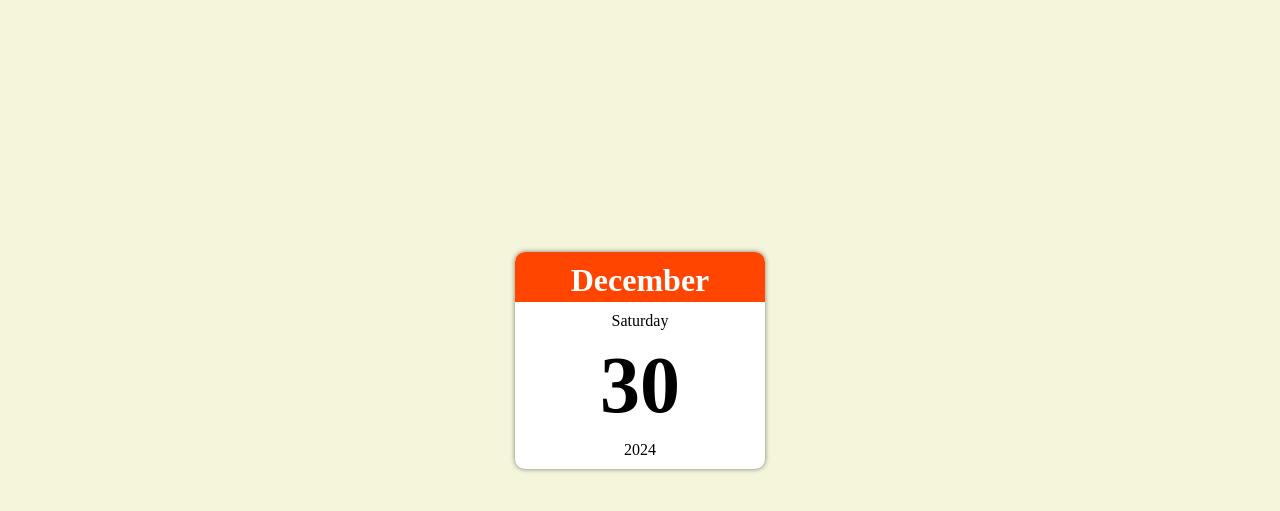
Repository: JunaidAnsari202/Mini-Calender
Page: index.html
These files come from the project's save history. The page is drawn as it stood at one moment and after a run of saves; the edit follows.
The browser window is 1280 px wide. The pictures show the whole page.

Above is the page before, as saved 2024-11-10 12:00:35.

### index.html
<!DOCTYPE html>
<html lang="en">
<head>
    <meta charset="UTF-8">
    <meta name="viewport" content="width=device-width, initial-scale=1.0">
    <title>Mini Calender</title>
    <link rel="stylesheet" href="style.css">
</head>
<body>
   <div class="container">
    <div class="month">December</div>
    <div class="weekday">Saturday</div>
    <div class="day">30</div>
    <div class="year">2024</div>

</div>

    <script src="script.js"></script>
</body>
</html>

### style.css
*{
    margin: 0;
    padding: 0;
    box-sizing: border-box;
}

body{
    background-color: beige;
    display: flex;
    justify-content: center;
    align-items: center;
    height: 100vh;
}

.container{
    width: 250px;
    background-color: white;
    border-radius: 10px;
    box-shadow: 0 0 5px 0 rgba(0,0,0,0.5);
    text-align: center;
    border: none;
}

.month{
    background-color: orangered;
    height: 50px;
    font-size: 2rem;
    font-weight: bold;
    color: white;
    padding: 10px;
    margin-bottom: 10px;
    border-radius: 10px 10px 0 0;

}

.weekday{
    margin-bottom: 10px;
}

.day{
    font-size: 5rem;
    font-weight: bold;
    margin-bottom: 10px;

}
.year{
    margin-bottom: 10px;
}

### script.js
const month=document.querySelector('.month');
const weekday=document.querySelector('.weekday');
const day=document.querySelector('.day');
const year=document.querySelector('.year');

window.addEventListener("DOMContentLoaded",()=>{
    const date= new Date();

})

After the next 14 saves:
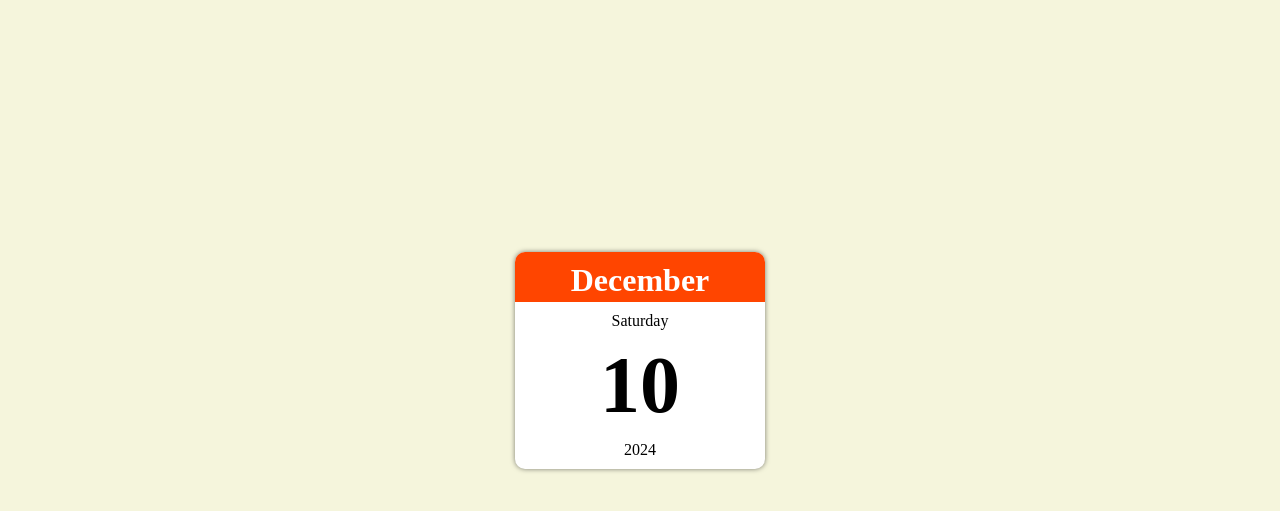
The 14 saves are shown as one change because they came seconds apart.
The last was saved 25 s later.
--- a/script.js
+++ b/script.js
@@ -5,5 +5,6 @@ const year=document.querySelector('.year');
 
 window.addEventListener("DOMContentLoaded",()=>{
     const date= new Date();
+    day.textContent=date.getDate();
 
 })
